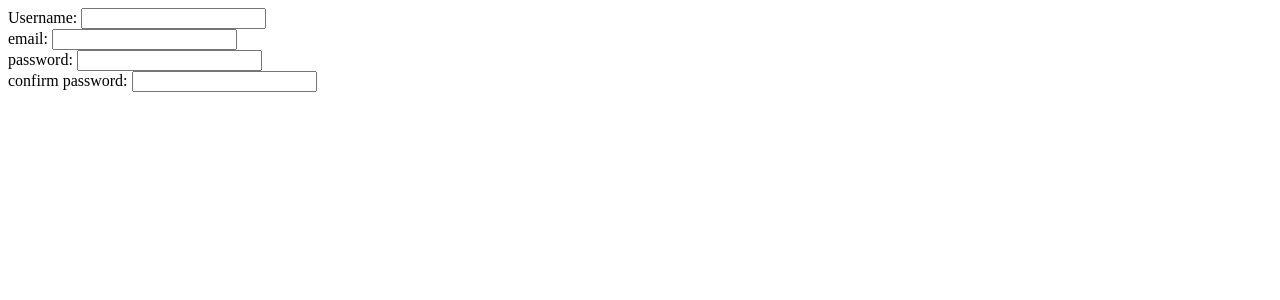
Repository: betardev/SocialProj
Page: http://localhost/SocialProjCustomers/CustomerRegistration/RegistrationForm.jsp
An editor plug-in stored every save of this project. The page is shown before and after the next save, followed by the edit.
The browser window is 1280 px wide. The pictures show the whole page.
The page is served by Tomcat 9.

Above is the page before, as saved 2017-06-12 14:56:40.

After the next save:
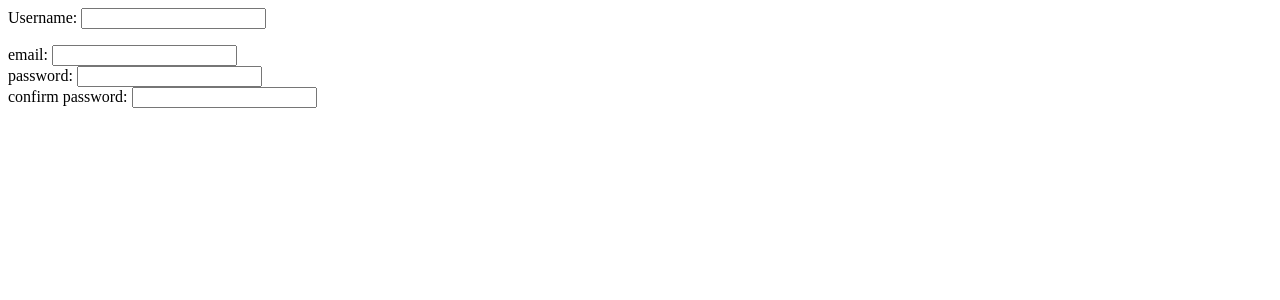
Saved 19 s later.
--- a/SocialProjCustomers/WebContent/CustomerRegistration/RegistrationForm.jsp
+++ b/SocialProjCustomers/WebContent/CustomerRegistration/RegistrationForm.jsp
@@ -8,7 +8,7 @@
 </head>
 <body>
  Username: <input name = "username"/>
- <br>
+ <p>
  email: <input name = "email"/>
  <br>
  password: <input name = "password"/>
